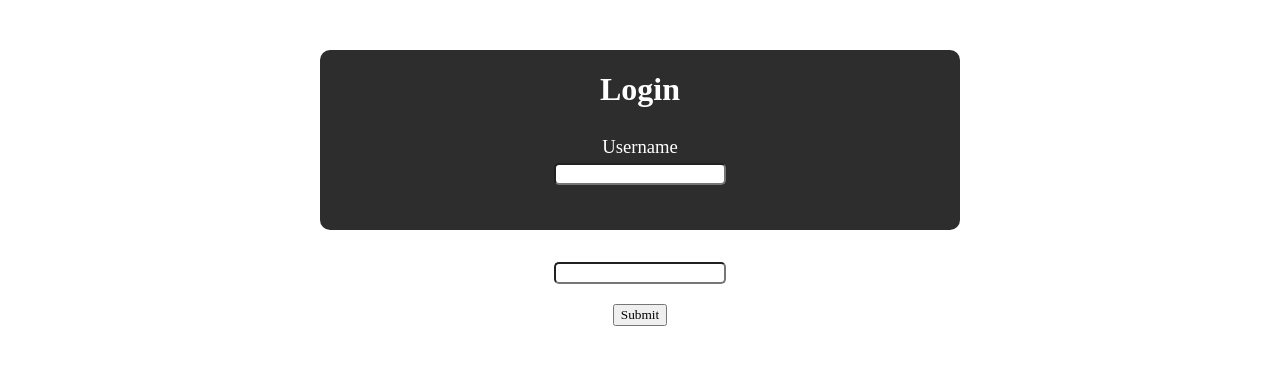
Repository: rdf004/playfab_blackjack
Page: /
The author's editor kept a copy of each file at every save. The page is drawn from the files as they stood at one save, then again after the next save.
The browser window is 1280 px wide. The pictures show the whole page.
Some web fonts or font styles are not loaded; a fallback is used. The project was rebuilt for these pictures with package versions that can differ from the ones it lists, and the page was loaded fresh each time. Also part of the build but not shown: src/Components/App.js.

Above is the page before, as saved 2020-05-07 20:30:18.

### src/index.js
import React from 'react';
import ReactDOM from 'react-dom';
import './Style/style.css';
import App from './Components/App';
import Login from './Components/Login';
import * as serviceWorker from './serviceWorker';

ReactDOM.render(
  <React.StrictMode>
    <Login />
  </React.StrictMode>,
  document.getElementById('root')
);

// If you want your app to work offline and load faster, you can change
// unregister() to register() below. Note this comes with some pitfalls.
// Learn more about service workers: https://bit.ly/CRA-PWA
serviceWorker.unregister();

### src/Style/style.css
.login-page {

}

.login-div {
    background-color: #2D2D2D;
    width: 50vw;
    height: 25vh;
    display: grid;
    text-align: center;
    grid-template-columns: 100%;
    grid-template-rows: 20% auto;
    margin: auto;
    margin-top: 50px;

    border-radius: 10px;
}

.form-div {
    margin-top: 50px;
}

.login-form {
    margin: auto;
}

.login-item {
    margin: auto;
    color: white;
}

.login-button {
    margin: 20px auto;
}

.login-input {
    border-radius: 5px;
}

.login-field {
    margin: 5px;
    font-size: 14pt;
}

.login-title {
    color: white;
    font-size: 2rem;
}


html, body {
    margin:0;
    padding:0;
    width:100%;
    height:100%;
    overflow: auto;
}

@font-face {
    font-family: "San Francisco";
    font-weight: 400;
    src: url("https://applesocial.s3.amazonaws.com/assets/styles/fonts/sanfrancisco/sanfranciscodisplay-regular-webfont.woff");
}

* {
    font-family: "San Francisco";
}

### src/Components/Login.js
import React from 'react';
import '../Style/style.css';

class Login extends React.Component {

    render() {
        return(
            <div className="login-page">
                <div className="login-div">
                    <div>
                        <h1 className="login-title">Login</h1>
                    </div>
                    <form className="login-form">
                        <div className="form-div">
                            <label className="login-item">
                                <p className="login-field">Username</p>
                                <input className="login-input" type="text" name="username" />
                            </label>
                        </div>
                        <div className="form-div">
                            <label className="login-item">
                                <p className="login-field">Password</p>
                                <input className="login-input" type="text" name="password" />
                            </label>
                        </div>
                        <input className="login-button" type="submit" value="Submit" />
                    </form>
                </div>
            </div>
        );
    }

}

export default Login;

Loaded but not shown: public/index.html (common file); src/serviceWorker.js (common file)

After the next save:
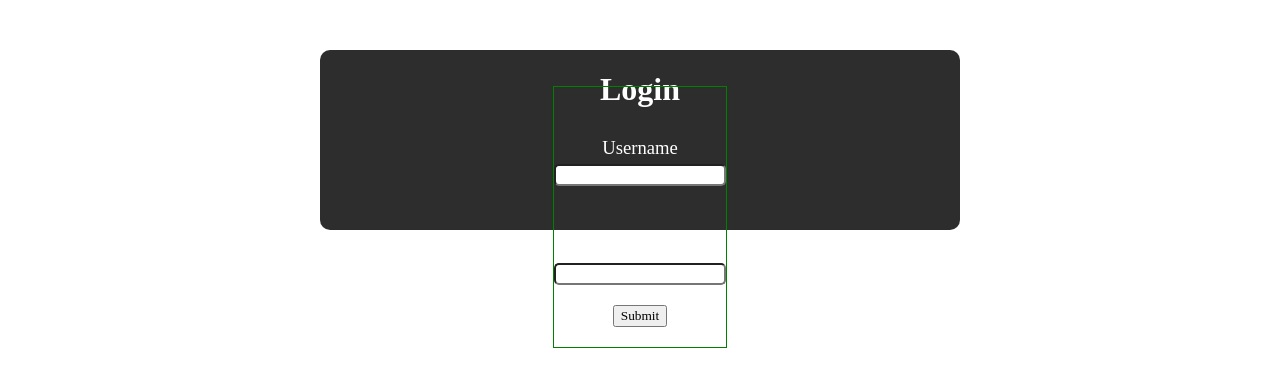
Saved 13 s later.
--- a/src/Style/style.css
+++ b/src/Style/style.css
@@ -22,6 +22,7 @@
 
 .login-form {
     margin: auto;
+    border: 1px solid green;
 }
 
 .login-item {
